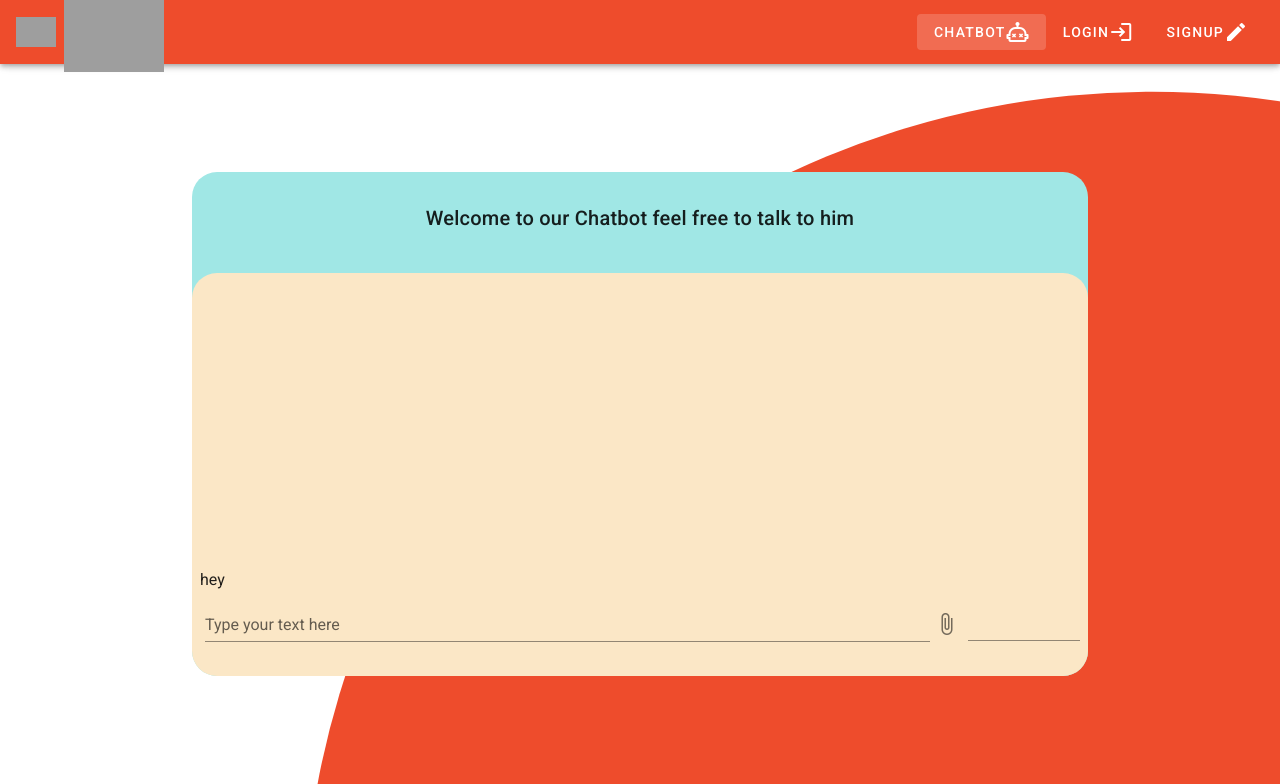
Repository: atout811/pyTorch-Hackathon
Page: /chatbot (app in frontend/)
An editor plug-in stored every save of this project. The page is shown before and after the next save, followed by the edit.
The browser window is 1280 px wide. The pictures show the whole page.
Pictures or frames that could not be fetched are drawn as grey boxes. The project was rebuilt for these pictures with package versions that can differ from the ones it lists, and the page was loaded fresh each time. Also part of the build but not shown: frontend/vue.config.js, frontend/src/views/Home.vue.

Above is the page before, as saved 2021-10-21 15:10:10.

### frontend/src/main.js
import Vue from 'vue'
import App from './App.vue'
import './registerServiceWorker'
import router from './router'
import store from './store'
import vuetify from './plugins/vuetify'
import instance from './plugins/axios'

Vue.config.productionTip = false
Vue.prototype.$axios = instance;

new Vue({
  router,
  store,
  vuetify,
  render: function (h) { return h(App) }
}).$mount('#app')

### frontend/src/App.vue
<template>
  <v-app>
    <v-app-bar app color="primary" dark>
      <div class="d-flex align-center">
        <v-img
          alt="Vuetify Logo"
          class="shrink mr-2"
          contain
          src="https://cdn.vuetifyjs.com/images/logos/vuetify-logo-dark.png"
          transition="scale-transition"
          width="40"
        />

        <v-img
          alt="Vuetify Name"
          class="shrink mt-1 hidden-sm-and-down"
          contain
          min-width="100"
          src="https://cdn.vuetifyjs.com/images/logos/vuetify-name-dark.png"
          width="100"
        />
      </div>

      <v-spacer></v-spacer>
      <v-btn to="/chatbot" text>
        <v-text>Chatbot</v-text>
        <v-icon>mdi-robot-dead-outline</v-icon>
      </v-btn>
      <v-btn to="/login" text>
        <v-text>Login</v-text>
        <v-icon>mdi-login</v-icon>
      </v-btn>
      <v-btn to="/signup" text>
        <v-text>Signup</v-text>
        <v-icon>mdi-pencil</v-icon>
      </v-btn>
    </v-app-bar>

    <v-main class="bubble">
      <router-view />
    </v-main>
  </v-app>
</template>

<script>
export default {
  name: "App",

  data: () => ({
    //
  }),
};
</script>
<style>
.bubble::before {
  background-color: var(--v-primary-base);
  clip-path: circle(80% at 90% 120%);
  width: 100%;
  height: 100%;
  content: "";
  position: absolute;
  box-sizing: none;
  top: 0;
  left: 0;
}
</style>

### frontend/src/router/index.js
import Vue from "vue";
import VueRouter from "vue-router";
import Home from "../views/Home.vue";

Vue.use(VueRouter);

const routes = [
  {
    path: "/",
    name: "Home",
    component: Home,
  },
  {
    path: "/about",
    name: "About",
    // route level code-splitting
    // this generates a separate chunk (about.[hash].js) for this route
    // which is lazy-loaded when the route is visited.
    component: function() {
      return import(/* webpackChunkName: "about" */ "../views/About.vue");
    },
  },
  {
    path: "/login",
    name: "Login",
    // route level code-splitting
    // this generates a separate chunk (Login.[hash].js) for this route
    // which is lazy-loaded when the route is visited.
    component: function() {
      return import(/* webpackChunkName: "Login" */ "../views/Login.vue");
    },
  },
  {
    path: "/signup",
    name: "Signup",
    // route level code-splitting
    // this generates a separate chunk (Signup.[hash].js) for this route
    // which is lazy-loaded when the route is visited.
    component: function() {
      return import(/* webpackChunkName: "Signup" */ "../views/Signup.vue");
    },
  },
  {
    path: "/chatbot",
    name: "chatbot",
    // route level code-splitting
    // this generates a separate chunk (Signup.[hash].js) for this route
    // which is lazy-loaded when the route is visited.
    component: function() {
      return import(/* webpackChunkName: "Signup" */ "../views/Chatbot.vue");
    },
  },
];

const router = new VueRouter({
  mode: "history",
  base: process.env.BASE_URL,
  routes,
});

export default router;

### frontend/src/plugins/vuetify.js
import Vue from 'vue';
import Vuetify from 'vuetify/lib/framework';

Vue.use(Vuetify);

export default new Vuetify({
    theme: {
        themes: {
            light: {
                primary: "#ee4c2c"
            }
        }, options: {
            customProperties: true
        },
    }
});

### frontend/src/plugins/axios.js
import axios from "axios";

const instance = axios.create({
    headers: {
        "Content-Type": "application/json"
    }
})

export default instance;

### frontend/src/views/Chatbot.vue
<template>
  <div class="baba">
    <div class="container">
      <h1 class="title">Welcome to our Chatbot feel free to talk to him</h1>
      <div class="chat-container">
        <div class="messages">hey</div>
        <div class="input-group">
          <v-text-field
            class="text-input"
            label="Type your text here"
          ></v-text-field>
          <v-file-input accept="image/*"></v-file-input>
        </div>
      </div>
    </div>
  </div>
</template>

<script>
export default {
  name: "chatbot",
  data() {
    return {
      chat: [],
    };
  },
};
</script>

<style>
.baba {
  height: 100vh;
  width: 100vw;
  display: flex;
}
.container {
  height: 70vh;
  width: 70vw;
  padding: 0;
  align-self: center;
  background-color: #a0e7e5;
  border-radius: 25px;
  display: flex;
  flex-direction: column;
  justify-content: space-between;
  align-items: center;
}
.title {
  margin: 10px;
  margin-top: 30px;
}
.chat-container {
  height: 80%;
  width: 100%;
  background-color: #fbe7c6;
  border-radius: 25px;
  display: flex;
  flex-direction: column;
  justify-content: flex-end;
  padding: 8px;
}
.text-input {
  width: 70%;
  margin: 5px;
}
.input-group {
  display: flex;
}
</style>

Loaded but not shown: frontend/public/index.html (common file); frontend/src/registerServiceWorker.js (common file); frontend/src/store/index.js (common file)

After the next save:
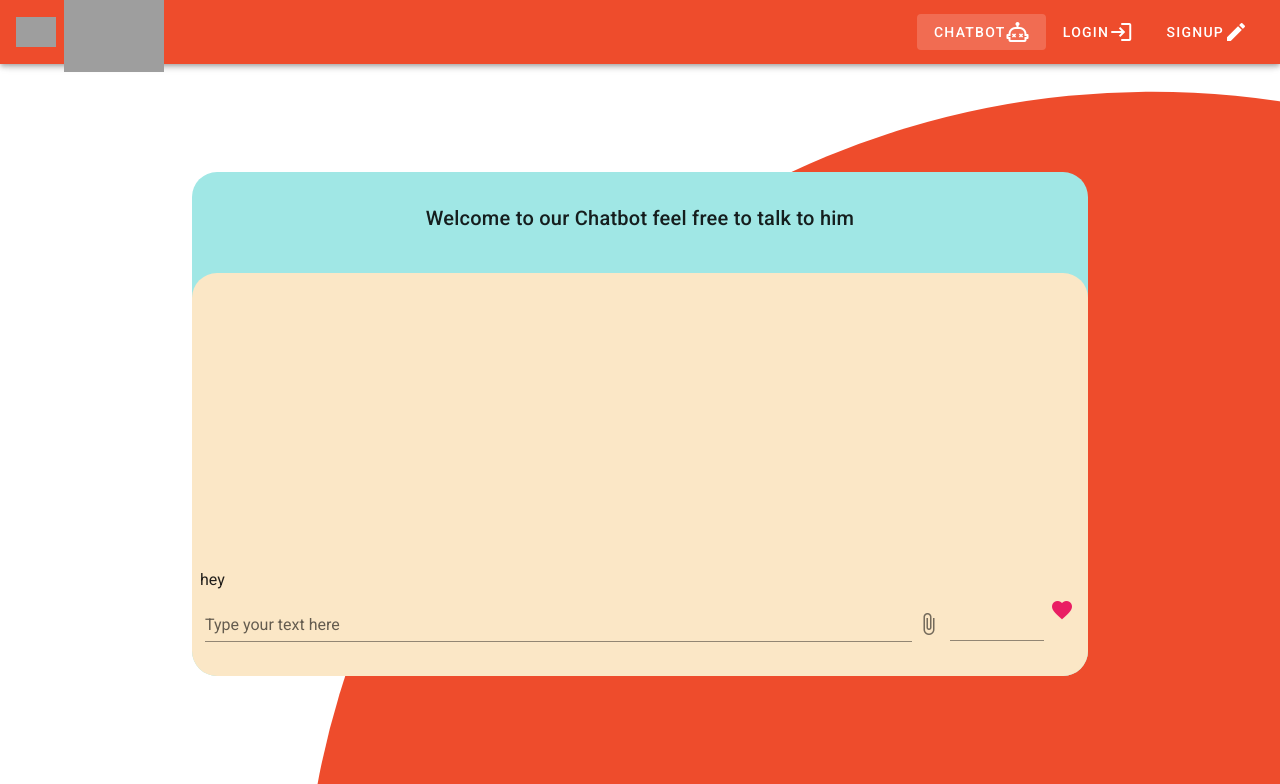
Saved 102 s later.
--- a/frontend/src/views/Chatbot.vue
+++ b/frontend/src/views/Chatbot.vue
@@ -10,6 +10,9 @@
             label="Type your text here"
           ></v-text-field>
           <v-file-input accept="image/*"></v-file-input>
+          <v-btn icon color="pink">
+            <v-icon>mdi-heart</v-icon>
+          </v-btn>
         </div>
       </div>
     </div>
